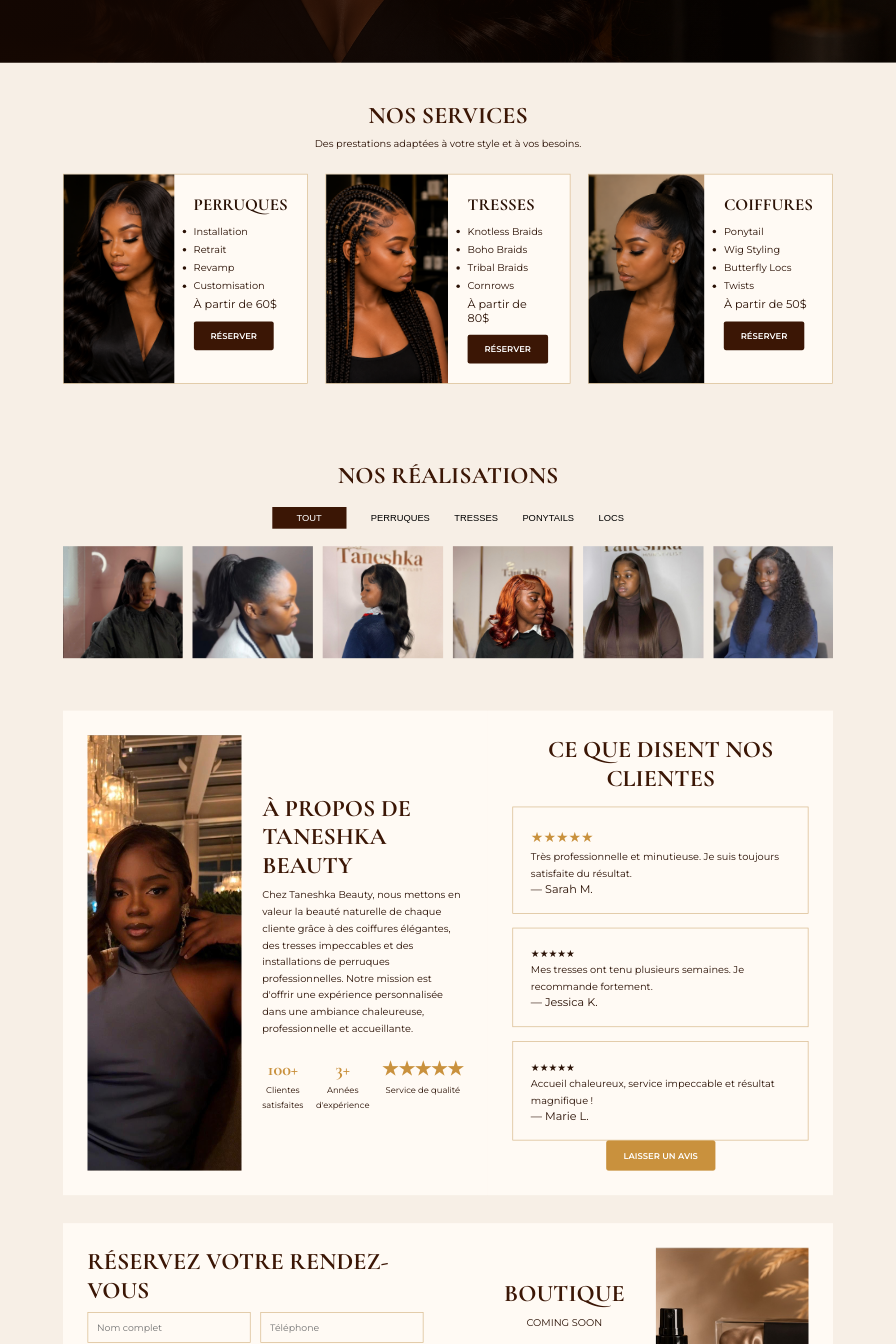
Repository: kngnepi/Taneshka-Beauty-House
Page: index.html
An editor plug-in stored every save of this project. The page is shown before and after the next save, followed by the edit.
The browser window is 1280 px wide. The pictures show the part of the page from y = 715 to 2635 px (the page is 3725 px tall before and 3787 px after), at 70% of full size.

Above is the page before, as saved 2026-06-24 22:29:03.

### index.html
<!DOCTYPE html>
<html lang="fr">
<head>
  <meta charset="UTF-8" />
  <meta name="viewport" content="width=device-width, initial-scale=1.0" />
  <title>Taneshka Beauty</title>
  <link rel="stylesheet" href="style.css" />
</head>
<body>

  <!-- NAVBAR -->
  <header class="navbar">
    <div class="logo">
      <span>TB</span>
      <p>TANESHKA BEAUTY</p>
    </div>

    <nav>
      <a href="#home">Accueil</a>
      <a href="#services">Services</a>
      <a href="#portfolio">Portfolio</a>
      <a href="#about">À propos</a>
      <a href="#booking">Réservation</a>
      <a href="#products">Boutique</a>
      <a href="#contact">Contact</a>
    </nav>

    <a href="#booking" class="btn-gold">Réserver</a>
  </header>

  <!-- HERO -->
  <section id="home" class="hero">
    <div class="hero-content">
      <h1>TANESHKA<br>BEAUTY</h1>
      <p class="tagline">Élégance • Confiance • Beauté</p>
      <p class="hero-text">
        Spécialiste en perruques, tresses et coiffures protectrices.
      </p>

      <div class="hero-buttons">
        <a href="#booking" class="btn-gold">Réserver un rendez-vous</a>
        <a href="#portfolio" class="btn-outline">Voir nos réalisations</a>
      </div>
    </div>
  </section>

  <!-- SERVICES -->
  <section id="services" class="section">
    <h2>Nos Services</h2>
    <p class="section-subtitle">Des prestations adaptées à votre style et à vos besoins.</p>

    <div class="services-grid">
      <div class="service-card">
        <div class="service-img"></div>
        <div>
          <h3>Perruques</h3>
          <ul>
            <li>Installation</li>
            <li>Retrait</li>
            <li>Revamp</li>
            <li>Customisation</li>
          </ul>
          <p>À partir de 60$</p>
          <a href="#booking" class="btn-dark">Réserver</a>
        </div>
      </div>

      <div class="service-card">
        <div class="service-img"></div>
        <div>
          <h3>Tresses</h3>
          <ul>
            <li>Knotless Braids</li>
            <li>Boho Braids</li>
            <li>Tribal Braids</li>
            <li>Cornrows</li>
          </ul>
          <p>À partir de 80$</p>
          <a href="#booking" class="btn-dark">Réserver</a>
        </div>
      </div>

      <div class="service-card">
        <div class="service-img"></div>
        <div>
          <h3>Coiffures</h3>
          <ul>
            <li>Ponytail</li>
            <li>Wig Styling</li>
            <li>Butterfly Locs</li>
            <li>Twists</li>
          </ul>
          <p>À partir de 50$</p>
          <a href="#booking" class="btn-dark">Réserver</a>
        </div>
      </div>
    </div>
  </section>

  <!-- PORTFOLIO -->
  <section id="portfolio" class="section">
    <h2>Nos Réalisations</h2>

    <div class="portfolio-filters">
      <button>Tout</button>
      <button>Perruques</button>
      <button>Tresses</button>
      <button>Ponytails</button>
      <button>Locs</button>
    </div>

    <div class="portfolio-grid">
      <div class="portfolio-item"></div>
      <div class="portfolio-item"></div>
      <div class="portfolio-item"></div>
      <div class="portfolio-item"></div>
      <div class="portfolio-item"></div>
      <div class="portfolio-item"></div>
    </div>
  </section>

  <!-- ABOUT + REVIEWS -->
  <!-- ABOUT + REVIEWS -->
<section class="split-section">
  <div id="about" class="about-box">
    <div class="about-img"></div>

    <div class="about-content">
      <h2>À propos de Taneshka Beauty</h2>
      <p>
        Chez Taneshka Beauty, nous mettons en valeur la beauté naturelle de chaque cliente
        grâce à des coiffures élégantes, des tresses impeccables et des installations de
        perruques professionnelles. Notre mission est d'offrir une expérience personnalisée
        dans une ambiance chaleureuse, professionnelle et accueillante.
      </p>

      <div class="about-stats">
        <div>
          <h3>100+</h3>
          <p>Clientes satisfaites</p>
        </div>

        <div>
          <h3>3+</h3>
          <p>Années d'expérience</p>
        </div>

        <div>
          <h3>★★★★★</h3>
          <p>Service de qualité</p>
        </div>
      </div>
    </div>
  </div>

  <div class="reviews-box">
    <h2>Ce que disent nos clientes</h2>

    <div class="reviews-grid">
      <div class="review-card">
        <p class="stars">★★★★★</p>
        <p>Très professionnelle et minutieuse. Je suis toujours satisfaite du résultat.</p>
        <span>— Sarah M.</span>
      </div>

      <div class="review-card">
        <p class="stars">★★★★★</p>
        <p>Mes tresses ont tenu plusieurs semaines. Je recommande fortement.</p>
        <span>— Jessica K.</span>
      </div>

      <div class="review-card">
        <p class="stars">★★★★★</p>
        <p>Accueil chaleureux, service impeccable et résultat magnifique !</p>
        <span>— Marie L.</span>
      </div>
    </div>

    <a href="#booking" class="btn-gold">Laisser un avis</a>
  </div>
</section>

<!-- BOOKING + PRODUCTS -->
<section class="split-section">
  <div id="booking" class="booking-section">
    <h2>Réservez votre rendez-vous</h2>

    <form class="booking-form">
      <input type="text" placeholder="Nom complet" />
      <input type="tel" placeholder="Téléphone" />
      <input type="email" placeholder="Adresse courriel" />

      <select>
        <option>Service désiré</option>
        <option>Perruques</option>
        <option>Tresses</option>
        <option>Coiffures</option>
      </select>

      <input type="date" />
      <input type="time" />
      <textarea placeholder="Message optionnel"></textarea>

      <button type="submit" class="btn-gold">Confirmer ma réservation</button>
    </form>
  </div>

  <div id="products" class="products-section">
    <div class="products-content">
      <div class="products-text">
        <h2>Boutique</h2>
        <p class="coming-soon">Coming Soon</p>
        <p>Notre boutique sera bientôt disponible.</p>
        <p>Vous pourrez commander :</p>

        <ul>
          <li>Perruques</li>
          <li>Produits capillaires</li>
          <li>Accessoires</li>
          <li>Bonnets</li>
          <li>Edge Control</li>
        </ul>

        <a href="#contact" class="btn-gold">Être informé du lancement</a>
      </div>

      <div class="products-img"></div>
    </div>
  </div>
</section>

<!-- LOCATION + FAQ -->
<section id="contact" class="split-section">
  <div class="location-box">
  <h2>Nous trouver</h2>

  <div class="location-content">
    <div class="location-info">
      <p>📍 Trois-Rivières, Québec, Canada</p>
      <p>📞 (514) 123-4567</p>
      <p>✉️ taneshkabeauty@gmail.com</p>
      <p>🕒 Lundi - Samedi : 9h - 19h</p>
      <p>Dimanche : Fermé</p>

      <a
        href="https://www.google.com/maps/search/?api=1&query=Trois-Rivi%C3%A8res%2C%20Qu%C3%A9bec%2C%20Canada"
        target="_blank"
        class="btn-outline-dark"
      >
        Obtenir l'itinéraire
      </a>
    </div>

    <div class="map-box">
      <iframe
        src="https://www.google.com/maps?q=Trois-Rivi%C3%A8res%2C%20Qu%C3%A9bec%2C%20Canada&output=embed"
        loading="lazy"
        referrerpolicy="no-referrer-when-downgrade">
      </iframe>
    </div>
  </div>
</div>

  <div class="faq-box">
    <h2>Questions fréquentes</h2>

    <details>
      <summary>Comment prendre rendez-vous ?</summary>
      <p>Vous pouvez réserver via le formulaire ou nous contacter sur Instagram.</p>
    </details>

    <details>
      <summary>Dois-je fournir les mèches ?</summary>
      <p>Cela dépend du service choisi. Les détails seront confirmés lors de la réservation.</p>
    </details>

    <details>
      <summary>Quelle est votre politique d'annulation ?</summary>
      <p>Les annulations doivent être faites au moins 48h avant le rendez-vous.</p>
    </details>

    <details>
      <summary>Quels modes de paiement acceptez-vous ?</summary>
      <p>Espèces et virement Interac.</p>
    </details>

    <details>
      <summary>Combien de temps dure une installation ?</summary>
      <p>La durée varie selon le service sélectionné.</p>
    </details>
  </div>
</section>
  <!-- FOOTER -->
  <footer>
    <h2>TB</h2>
    <p>Taneshka Beauty</p>
    <p>© 2026 Taneshka Beauty. Tous droits réservés.</p>
  </footer>

</body>
</html>

### style.css
@import url('https://fonts.googleapis.com/css2?family=Cormorant+Garamond:wght@500;600;700&family=Montserrat:wght@300;400;500;600&display=swap');

:root {
  --brown: #3b1605;
  --dark-brown: #1f0c03;
  --gold: #c9913d;
  --cream: #f7efe6;
  --light-cream: #fffaf4;
  --text: #2b1206;
  --border: #d8b98c;
}

* {
  margin: 0;
  padding: 0;
  box-sizing: border-box;
}

body {
  background: var(--cream);
  color: var(--text);
  font-family: "Montserrat", sans-serif;
}

h1, h2, h3 {
  font-family: "Cormorant Garamond", serif;
  text-transform: uppercase;
}

section {
  padding: 55px 7%;
}

.navbar {
  background: rgba(31, 12, 3, 0.95);
  color: white;
  height: 85px;
  padding: 0 7%;
  display: flex;
  align-items: center;
  justify-content: space-between;
}

.logo span {
  color: var(--gold);
  font-family: "Cormorant Garamond", serif;
  font-size: 38px;
  font-weight: 700;
}

.logo p {
  color: var(--gold);
  font-size: 13px;
  letter-spacing: 1px;
}

nav {
  display: flex;
  gap: 30px;
}

nav a {
  color: white;
  text-decoration: none;
  font-size: 13px;
  text-transform: uppercase;
}

.btn-gold,
.btn-outline,
.btn-dark {
  display: inline-block;
  padding: 13px 24px;
  text-decoration: none;
  text-transform: uppercase;
  font-size: 12px;
  font-weight: 600;
  border-radius: 3px;
}

.btn-gold {
  background: var(--gold);
  color: white;
  border: 1px solid var(--gold);
}

.btn-outline {
  border: 1px solid var(--gold);
  color: white;
}

.btn-dark {
  background: var(--brown);
  color: white;
  margin-top: 15px;
}

.hero {
  min-height: 720px;
  background:
    linear-gradient(to right, rgba(20, 7, 2, 0.95) 0%, rgba(20, 7, 2, 0.75) 38%, rgba(20, 7, 2, 0.25) 70%),
    url("images/hero.jpg");
  background-size: cover;
  background-position: center 35%;
  display: flex;
  align-items: center;
}

.hero-content {
  max-width: 620px;
  margin-top: 40px;
}

.hero h1 {
  color: var(--gold);
  font-size: 92px;
  line-height: 0.9;
}

.tagline {
  color: white;
  font-family: "Cormorant Garamond", serif;
  font-size: 28px;
  font-style: italic;
  margin: 20px 0;
}

.hero-text {
  color: white;
  font-size: 18px;
  line-height: 1.6;
}

.hero-buttons {
  display: flex;
  gap: 20px;
  margin-top: 30px;
}

.section {
  text-align: center;
}

.section h2,
.split-section h2 {
  font-size: 34px;
  color: var(--brown);
  margin-bottom: 10px;
}

.section-subtitle {
  margin-bottom: 35px;
  font-size: 14px;
}

.services-grid {
  display: grid;
  grid-template-columns: repeat(3, 1fr);
  gap: 25px;
}

.service-card {
  background: var(--light-cream);
  border: 1px solid var(--border);
  display: grid;
  grid-template-columns: 1fr 1fr;
  text-align: left;
  min-height: 260px;
}

.service-img,
.portfolio-item,
.about-img {
  background: #d6c3ad;
  background-size: cover;
  background-position: center;
}

.service-card:nth-child(1) .service-img {
  background-image: url("images/service-wig.jpg");
}

.service-card:nth-child(2) .service-img {
  background-image: url("images/service-braids.jpg");
}

.service-card:nth-child(3) .service-img {
  background-image: url("images/service-hair.jpg");
}

.service-card div:last-child {
  padding: 28px;
}

.service-card h3 {
  font-size: 24px;
  margin-bottom: 15px;
}

.service-card li {
  margin-bottom: 8px;
  font-size: 14px;
}

.portfolio-filters {
  display: flex;
  justify-content: center;
  gap: 35px;
  margin: 25px 0;
}

.portfolio-filters button {
  background: transparent;
  border: none;
  text-transform: uppercase;
  cursor: pointer;
}

.portfolio-filters button:first-child {
  background: var(--brown);
  color: white;
  padding: 8px 35px;
}

.portfolio-grid {
  display: grid;
  grid-template-columns: repeat(6, 1fr);
  gap: 14px;
}

.portfolio-item {
  height: 160px;
}

.portfolio-item:nth-child(1) {
  background-image: url("images/portfolio-1.jpg");
}

.portfolio-item:nth-child(2) {
  background-image: url("images/portfolio-2.jpg");
}

.portfolio-item:nth-child(3) {
  background-image: url("images/portfolio-3.jpg");
}

.portfolio-item:nth-child(4) {
  background-image: url("images/portfolio-4.jpg");
}

.portfolio-item:nth-child(5) {
  background-image: url("images/portfolio-5.jpg");
}

.portfolio-item:nth-child(6) {
  background-image: url("images/portfolio-6.jpg");
}

.split-section {
  padding: 20px 7%;
  display: grid;
  grid-template-columns: 1fr 1fr;
  gap: 0;
}

.about-box,
.reviews-box,
.location-box,
.faq-box,
.booking-section,
.products-section {
  background: var(--light-cream);
  border: 1px solid var(--border);
  padding: 35px;
}

.about-box {
  display: grid;
  grid-template-columns: 220px 1fr;
  gap: 30px;
  text-align: left;
}

.about-img {
  min-height: 280px;
  background-image: url("images/about.jpg");
}

.about-box p,
.review-card p,
.location-box p,
.products-section p,
.faq-box p {
  font-size: 14px;
  line-height: 1.7;
}

.reviews-box {
  text-align: center;
}

.review-card {
  border: 1px solid var(--border);
  padding: 25px;
  margin-top: 20px;
  text-align: left;
}

.review-card:first-of-type p:first-child {
  color: var(--gold);
  font-size: 20px;
}

.booking-form {
  max-width: 850px;
  margin: auto;
  display: grid;
  grid-template-columns: 1fr 1fr;
  gap: 14px;
}

.booking-form input,
.booking-form select,
.booking-form textarea {
  padding: 13px;
  border: 1px solid var(--border);
  background: var(--light-cream);
  font-family: "Montserrat", sans-serif;
}

.booking-form textarea,
.booking-form button {
  grid-column: span 2;
}

.products-section {
  text-align: center;
}

.products-section h2 {
  color: var(--brown);
}

.location-box {
  text-align: left;
}

.faq-box details {
  border: 1px solid var(--border);
  margin-bottom: 10px;
  padding: 14px;
  background: var(--cream);
}

.faq-box summary {
  cursor: pointer;
  font-weight: 600;
}

footer {
  background: linear-gradient(to right, var(--dark-brown), var(--brown));
  color: white;
  text-align: center;
  padding: 45px 7%;
}

footer h2 {
  color: var(--gold);
  font-size: 55px;
}

footer p {
  color: var(--gold);
  margin-top: 8px;
}

@media (max-width: 900px) {
  .navbar {
    height: auto;
    flex-direction: column;
    padding: 20px;
    gap: 20px;
  }

  nav {
    flex-wrap: wrap;
    justify-content: center;
  }

  .hero h1 {
    font-size: 55px;
  }

  .services-grid,
  .split-section {
    grid-template-columns: 1fr;
  }

  .service-card,
  .about-box {
    grid-template-columns: 1fr;
  }

  .portfolio-grid {
    grid-template-columns: repeat(2, 1fr);
  }

  .booking-form {
    grid-template-columns: 1fr;
  }

  .booking-form textarea,
  .booking-form button {
    grid-column: span 1;
  }
}

.about-content {
  display: flex;
  flex-direction: column;
  justify-content: center;
}

.about-stats {
  display: grid;
  grid-template-columns: repeat(3, 1fr);
  gap: 18px;
  margin-top: 30px;
  text-align: center;
}

.about-stats h3 {
  color: var(--gold);
  font-size: 26px;
  margin-bottom: 5px;
}

.about-stats p {
  font-size: 12px;
}

.products-section {
  padding: 0;
  text-align: left;
}

.products-content {
  display: grid;
  grid-template-columns: 1fr 1fr;
  min-height: 320px;
}

.products-text {
  padding: 45px;
}

.products-text h2 {
  text-align: center;
}

.coming-soon {
  text-align: center;
  text-transform: uppercase;
  font-size: 13px;
  margin-bottom: 20px;
}

.products-text ul {
  margin: 15px 0 25px 20px;
}

.products-text li {
  margin-bottom: 8px;
}

.products-img {
  background-image: url("images/products.jpg");
  background-size: cover;
  background-position: center;
  min-height: 320px;
}

@media (max-width: 900px) {
  .about-stats {
    grid-template-columns: 1fr;
  }

  .products-content {
    grid-template-columns: 1fr;
  }
}

.about-box,
.reviews-box,
.location-box,
.faq-box,
.booking-section,
.products-section {
    background: var(--light-cream);
    border: none;
    padding: 35px;
}
.location-content {
  display: grid;
  grid-template-columns: 1fr 1.2fr;
  gap: 25px;
  align-items: stretch;
}

.location-info p {
  margin-bottom: 10px;
}

.map-box {
  width: 100%;
  min-height: 260px;
  border: 1px solid var(--border);
  overflow: hidden;
}

.map-box iframe {
  width: 100%;
  height: 100%;
  min-height: 260px;
  border: none;
}

@media (max-width: 900px) {
  .location-content {
    grid-template-columns: 1fr;
  }
}

After the next save:
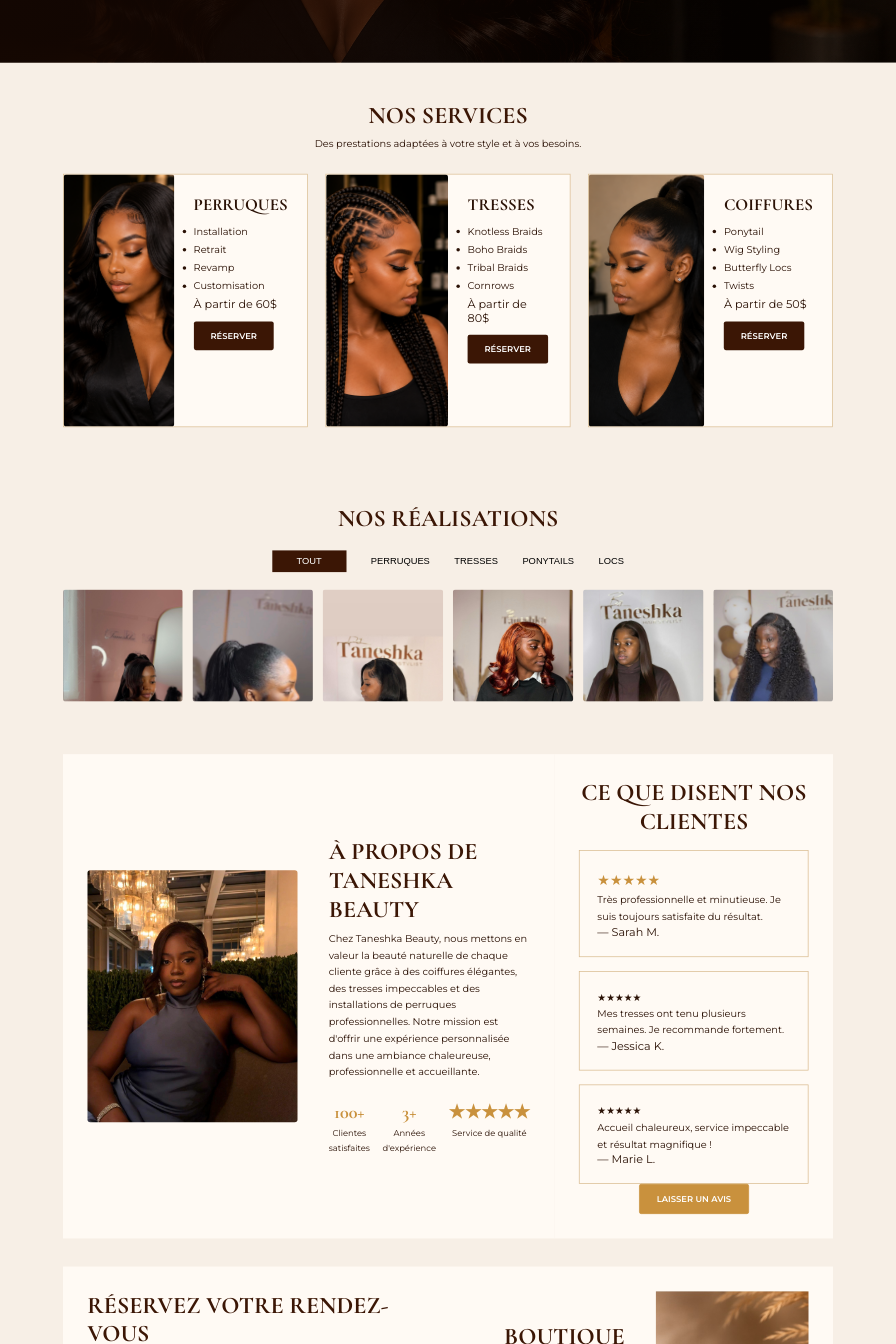
Saved 10 days later.
--- a/style.css
+++ b/style.css
@@ -171,9 +171,12 @@
 .service-img,
 .portfolio-item,
 .about-img {
-  background: #d6c3ad;
+  width: 100%;
+  height: 360px;
+  background-image: url("images/about.jpg");
   background-size: cover;
-  background-position: center;
+  background-position: center top;
+  border-radius: 4px;
 }
 
 .service-card:nth-child(1) .service-img {
@@ -276,9 +279,11 @@
 
 .about-box {
   display: grid;
-  grid-template-columns: 220px 1fr;
-  gap: 30px;
-  text-align: left;
+  grid-template-columns: 300px 1fr;
+  gap: 45px;
+  align-items: center;
+  background: var(--light-cream);
+  padding: 45px;
 }
 
 .about-img {
